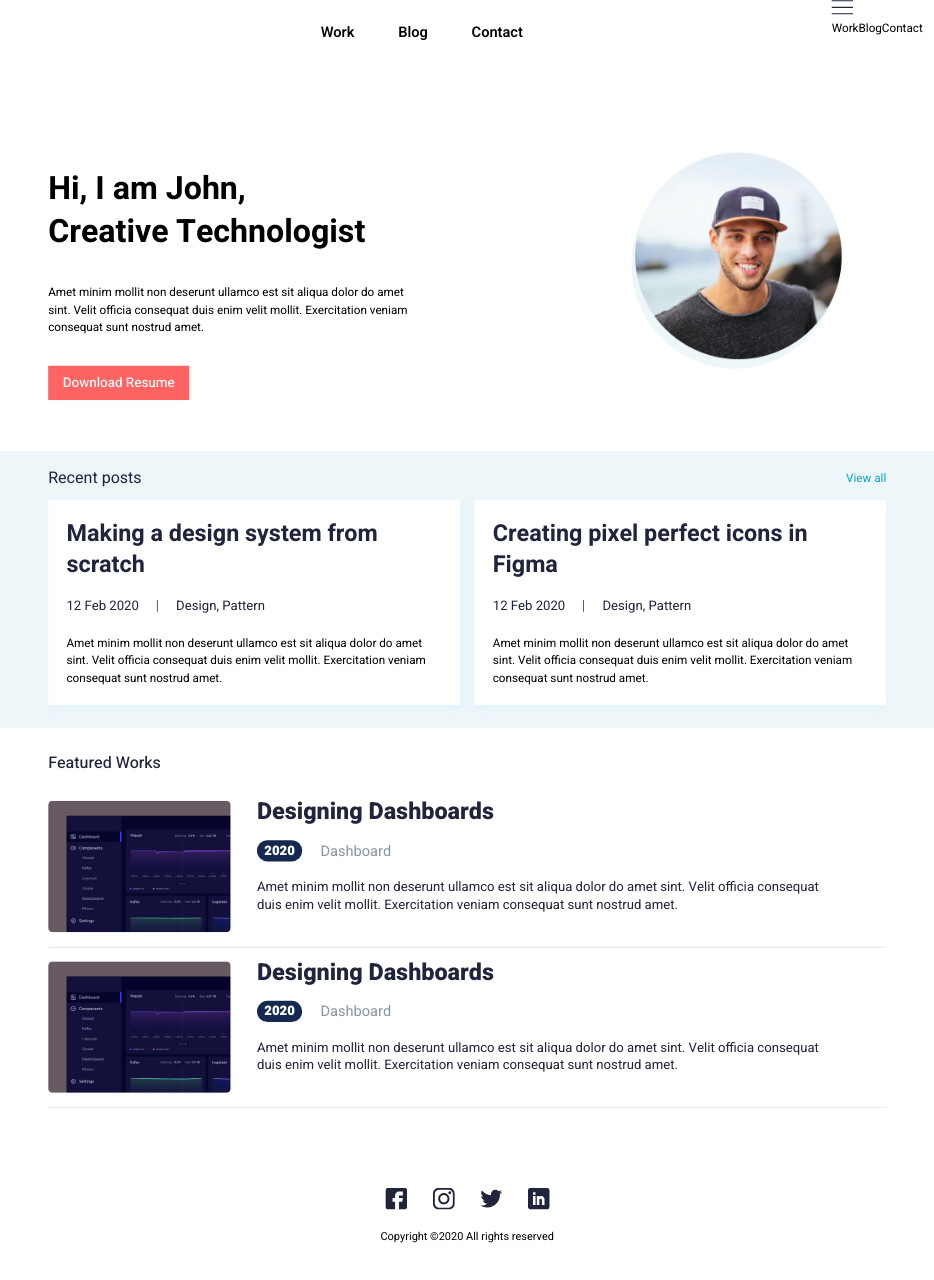
Repository: sharma171/portfolio
Page: /
These files come from the project's save history. The page is drawn as it stood at one moment and after a run of saves; the edit follows.
The browser window is 1280 px wide. The pictures show the whole page, at 73% of full size.
The project was rebuilt for these pictures with package versions that can differ from the ones it lists, and the page was loaded fresh each time. The framework's server and built-in components were replaced by stand-ins that run in the browser. Also part of the build but not shown: next.config.mjs.

Above is the page before, as saved 2024-06-02 22:28:57.

After the next 2 saves:
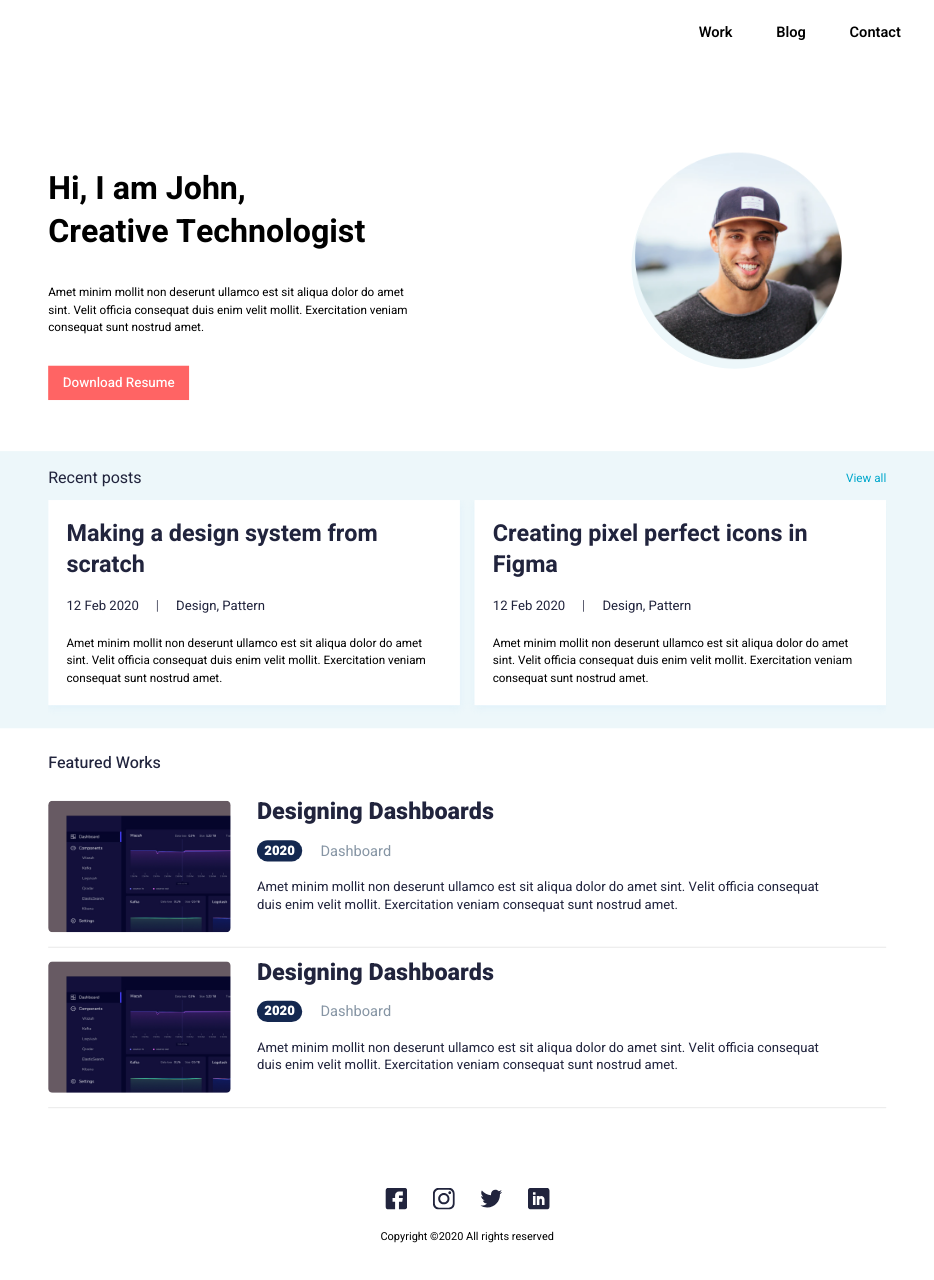
The 2 saves are shown as one change because they came seconds apart.
The last was saved 2 min 24 s later.
--- a/src/app/globals.css
+++ b/src/app/globals.css
@@ -93,6 +93,9 @@ footer .social-row .social .social-img {
 footer .footer-inner .copyright {
   font-size: 15px;
 }
+.mob-menu {
+  display: none;
+}
 @media (max-width: 991px) {
 
 }
